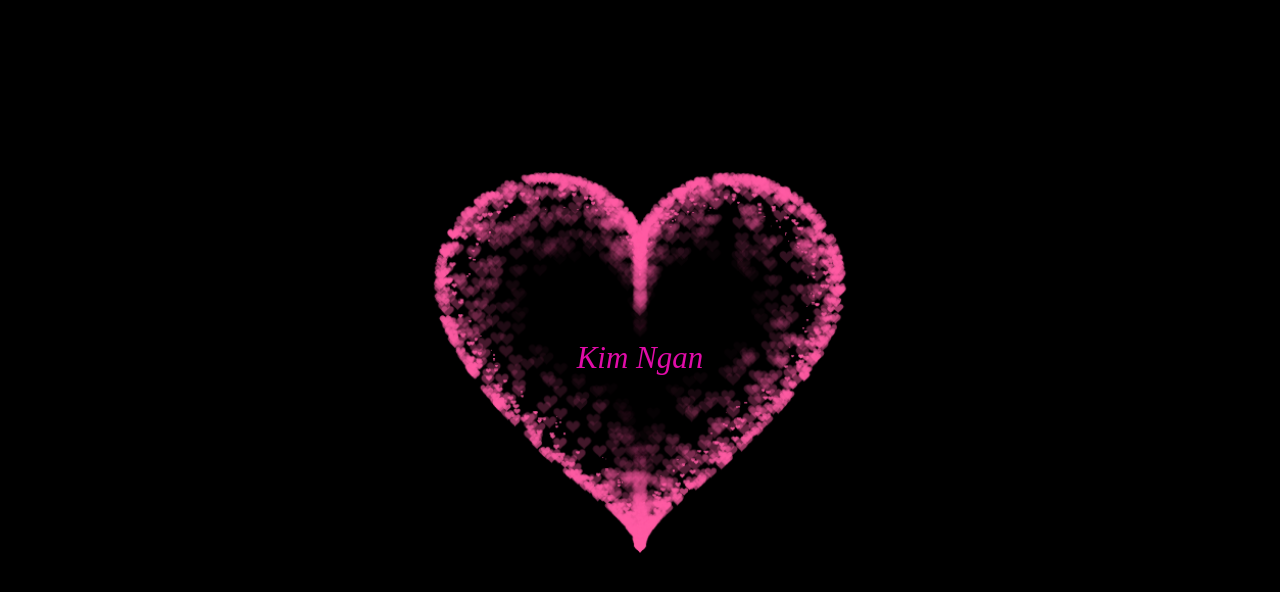
Repository: thaiduy1704/Heart
Page: index.html
The author's editor kept a copy of each file at every save. The page is drawn from the files as they stood at one save, then again after the next save.
The browser window is 1280 px wide. The pictures show the whole page.

Above is the page before, as saved 2022-11-10 17:27:24.

After the next save:
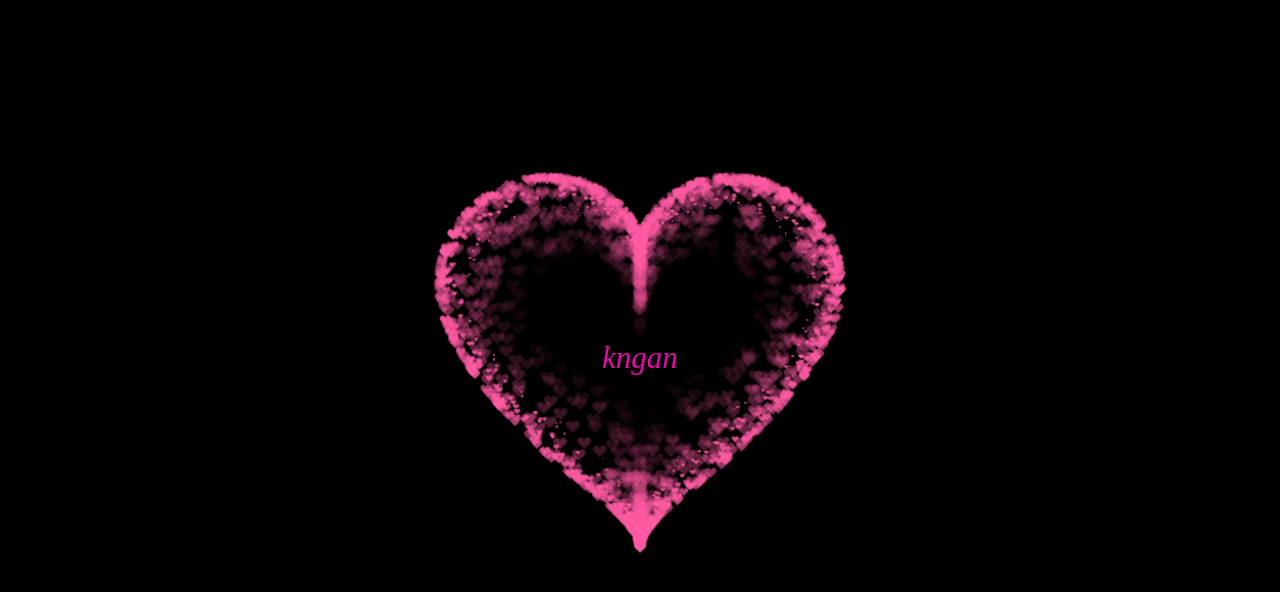
Saved 16 s later.
--- a/index.html
+++ b/index.html
@@ -331,6 +331,6 @@ var ParticlePool = (function() {
         align-items: center;
         justify-content: center;
         margin-bottom: 5px;
-        text-align: center;">Kim Ngan</div>
+        text-align: center;">kngan</div>
  </BODY>
 </HTML>
